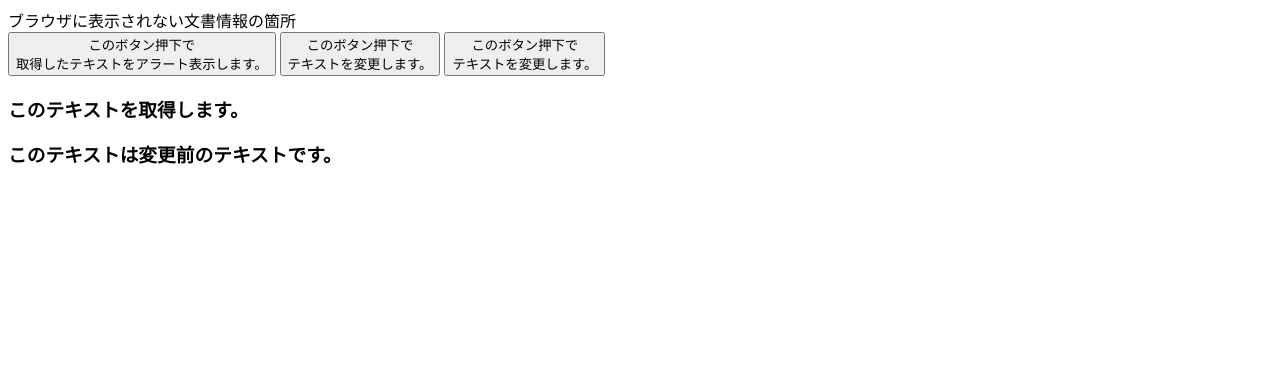
Repository: syokaturyou/potepan
Page: test/index7.html
The author's editor kept a record of every edit. The page is drawn from the files as they stood at one moment, then again after the next edit.
The browser window is 1280 px wide. The pictures show the whole page.

Above is the page before.
Console error: ReferenceError: $ is not defined

### test/index7.html
 <!DOCTYPE html>
     <html lang="ja">
      <head>
       <meta charset="UTF-8">
        <title></title>
        ブラウザに表示されない文書情報の箇所
      <script type="text/javascript" src="lesson.js" charset="utf-8"></script>
      <!--<script type="text/javascript" src="読み込むJavaScriptファイルまでのパス" charset="utf-8"></script>-->
      <!--<script src="ダウンロードしたjQueryファイルへの相対パス"></script>-->
      <!--<script src="jQueryファイルへの絶対パス"></script>-->
      <script src="min/jquery.min.js"></script>
      <!--<script src="https://code.jquery.com/jquery-3.6.0.min.js"></script>-->
      </head>

      <body>

    <div>
     <button class="buttonA">このボタン押下で<br>取得したテキストをアラート表示します。</button>
     <button class="buttonB">このボタン押下で<br>テキストを変更します。</button>
     <button class="buttonC">このボタン押下で<br>テキストを変更します。</button>
      <h3 class="target_textA">このテキストを取得します。</h3>
      <h3 class="target_textB">このテキストは変更前のテキストです。</h3>
    </div>

    <script type="text/javascript" src="lesson.js" charset="utf-8"></script>

    <script>

  </script>

      </body>
    </html>

### test/lesson.js
// let userName = "ポテパン太郎";// 変数を宣言する
// let userAge = 28; // 変数を宣言する

// console.log(userName);
// console.log(userAge);

// let message = "誕生日がきた！！"; // 新たに変数を宣言する
// userAge = 29; // 変数の中の値を変更する

// console.log(message);
// console.log(userAge);

// message = "おめでとう！！"; // 新たに変数の中身を変更する

// console.log(message);
// console.log(message);
// console.log(message);

// let name = "ポテパン太郎";
// console.log("こんにちは！" + name + "さん");
// console.log(name + "さんの注文履歴はこちらです");
// console.log(name + "さんにおすすめの商品はこちらです");

// let message = "こんにちは！";
// console.log(message + "ポテパン太郎さん");
// console.log(message + "佐藤javascriptさん");
// console.log(message + "html鈴木さん");


// let number1 = 100 + 200;
// let number2 = 400;
// let number3 = 600;

// let sumNumber = number2 + number3; //変数と変数も足すことができる

// console.log(number1);
// console.log(sumNumber);

// let text1 = "文章で" + "書かれています"; //文字どうし
// let text2 = "500" + "500"; //数字の文字どうし
// let text3 = 100 + "文字"; //数値と文字
// let text4 = text3 + "の" + text1; //変数を含めた足し算

// console.log(text1);
// console.log(text2);
// console.log(text3);
// console.log(text4);

// let number = 300 - 200;

// console.log(number);

// let number = 100 * 5;

// console.log(number);

// let number = 800 / 4;

// console.log(number);

// let number = 10 % 3;

// console.log(number);

// let number1 = 13 / 5; //答えは2.6となります。
// let number2 = 13 % 5; //答えは2あまり3となります。

// console.log(number1);
// console.log(number2);

// let message1 = "プログラミングは肩が凝る確率";
// let message2 = 80 + "%";

// console.log(message1);
// console.log(message2);

// let number1 = 300;
// number1 += 200; //ここで300を200に変更するのではなく200を足すということができる

// console.log(number1);

// let number2 = 500;
// number2 -= 100; //ここで500を100に変更するのではなく100で引くということができる

// console.log(number1);
// console.log(number2);


//数値型の100と文字列型の100は値とデータの型が同じですよねの意味
    // if ( 100 === "100" ) {
    //   console.log("式の結果はtrueです");
    // } else {
    //   console.log("式の結果はfalseです");
    // }

//   //数値型の100と文字列型の100は値とデータの型が同じではないですよね（間違っていますよね）の意味
//     if ( 100 !== "100" ) {
//       console.log("式の結果はtrueです");
//     } else {
//       console.log("式の結果はfalseです");
//     }

// let number = 100;

//     if (number > 200) {
//       console.log("numberは200より大きいです。");
//     } else if(number > 50) {
//       console.log("numberは50より大きいです。");
//     } else {
//       console.log("numberは50より小さいです。");
//     }


//   let number = 300;

//     if (number > 80) { //この式はtrueとなる
//       console.log("numberは80より大きいです。");
//     } else if (number > 50) { //判定結果はtrueとなるが、その前の条件分岐（if(number > 80)）で既に判定がtrueとなっているため、処理は実行されない
//       console.log("numberは50より大きいです。");
//     } else {
//       console.log("numberは50より小さいです。");
//     }

// let gender = "男";
//     let age = 20;

//     if (gender === "男") {
//       if (age >= 20) {
//         console.log("20歳以上の男性です");
//       }
//     }

//   let gender = "男";
//     let age = 20;

//     if (gender === "男") {
//       if (age >= 20) {
//         console.log("20歳以上の男性です");
//       }
//     }

    // let gender = "男";
    // let age = 20;

    // if (gender === "男" && age >= 20) {
    //   console.log("20歳以上の男性です");
    // }

//   let number1 = 100;
//     let number2 = "100";
//     let boolean_flag = false;

//     if (number1 > 100) {
//         number1 = 200;
//     } else if (number1 !== number2) {
//         boolean_flag = true;
//         number1 += 300;
//     } else {
//         boolean_flag = true;
//         number1 = 300;
//     }

//     if (number1 >= 400 && boolean_flag) {
//         console.log("出力結果A");
//     } else {
//         console.log("出力結果B");
//     }

//  for (let i = 0; i < 10; i++) { //i++はカウンタ変数に「1」を足す場合の特殊記法
//       console.log("この表示を10回出力したい"); //この箇所が繰り返し実行される
//     }

//   for (let i = 0; i < 10; i++) {
//       console.log("ただいまは" + i + "回目の処理です");
//       //文字列型と数値型（変数iには数値が代入されている）は全て文字列として結合されましたね。
//     }
//     console.log("処理が終了しました");

    //     for (let i = 0; i <= 20; i++) {
    //   if (i % 2 == 0){
    //     console.log(i);
    //   }
    // }

    // let output_count = 1; //カウンタ変数とは別に出力数をカウントする変数を用意
    // for (let i = 0; i <= 20; i++) {
    //   if (i % 2 == 0) {
    //     console.log(i);
    //     console.log("出力回数は" + output_count + "回目です"); //出力した数を確認する

    //     if (output_count >= 5) { //コンソールに５つ分出力してはじめてここの処理を通る
    //       console.log("処理を抜けます");
    //       break; //breakによってfor分の繰り返しを抜け、for分の外の処理に移る
    //     }

    //     output_count++; //出力回数が5になるまでカウントアップする
    //   }
    // }
    // console.log("処理が終了しました");


    // let i = 0;
    // while (i <= 20) {
    //   if (i % 2 == 0) {
    //     console.log(i);
    //   }
    //   i++;
    // }

    //   let i = 0;
    // while (i <= 20) {
    //   console.log("カウンタ変数が" + i + "のままで終わらない！");
    //   //while文の中にカウンタ変数がない！！
    // }

    // for (let i = 0; 0 < 10; i++){
    //   console.log("どうしてカウンタ変数が" + i　+ "に戻るの？");
    //   i--; //カウンタ変数を１引く
    // }

    //   function sumSelectNumber(number1, number2) {
    //   let resultSum = 0;
    //   resultSum = number1 + number2;
    //   return resultSum;
    // }

    //   function sumSelectNumber(number1, number2) {
    //   let resultSum = 0;
    //   resultSum = number1 + number2;
    //   return resultSum;
    // }
    // // console.log(resultSum);

    // //関数名とその引数に100と200を指定している
    // let result = sumSelectNumber(50, 600);
    // console.log(result);


    //   function sumSelectNumber(number1, number2) {
    //   let resultSum = 0;
    //   resultSum = number1 + number2;
    //   console.log("関数の処理が終了しました"); //この行を追加しました
    //   return resultSum;
    // }

    //   function sumSelectNumber() {
    //   console.log("関数の処理に入りました");
    //   console.log("この関数にはreturnがありません");
    //   console.log("関数の処理が終了しました");
    // }

    // sumSelectNumber(); //関数で引数がないため引数なしで呼び出しが可能

     function eventA() {
   alert("onclickイベントが発火しました");
 }

 function eventB() {
   alert("oninputイベントが発火しました");
 }

 function eventC() {
   alert("onmouseoutイベントが発火しました");
 }

 function eventD() {
   alert("onmouseoverイベントが発火しました");
 }

    //  $(document).ready(function(){
    //   ここにjQueryの処理を書く
    // });

    //  $(document).ready(function(){
    //   $(セレクタ).イベント(function() {
    //     $(セレクタ).行いたい処理など
    //   });
    // });


     $(document).ready(function(){
      $(".buttonA").click(function() {
      let get_text = $(".target_textA").text(); //テキストを取得し変数に入れています。
      alert(get_text); //テキストが取得できたかアラートで確認をします。
      });

      $(".buttonB").click(function() {
       $(".target_textB").text("文章が変更された！"); //テキストを変更する処理です。
      });

      $(".buttonC").click(function() {
       $(".target_textB").text("文章が変わったぞ！"); //テキストを変更する処理です。
     });
  });


   $(document).ready(function(){
   $("#boxA").mouseover(function() {
     $("#boxA").css("background-color", "red"); //背景色を赤に変更する処理です。
   });

   $("#boxB").mouseout(function() {
     $(this).css("background-color", "blue"); //背景色を青に変更する処理です。
   });

   $("#boxC").hover(
     function() {
       $(this).css("font-size", "30px"); //フォントサイズを30pxにします
     },
     function(){
       $(this).css("font-size", "8px"); //フォントサイズを14pxにします
     }
   );

   $(".boxD").mouseover(function() {
     $("#boxA,#boxB").css("background-color", "white"); //背景色を白に変更する処理です。
   });
 });


    //  $(セレクタ).addClass("追加するクラス名 追加するクラス名 ..."); //それぞれのクラス名は半角スペースを開けること
    // $(セレクタ).removeClass("取り除くクラス名 取り除くクラス名 ..."); //それぞれのクラス名は半角スペースを開けること



 $("h1").addClass("new_class"); //処理の部分のみ記載しています。


  $(document).ready(function(){
   $(".button_a").click(function() {
     $(".box_a").addClass("add_color_yellow"); //クラスの追加の処理です。
   });

   $(".button_b").click(function() {
     $(".box_a").removeClass("add_color_yellow"); //クラスの削除の処理です。
   });

   $(".button_c").click(function() {
     $(".box_b").addClass("add_hidden"); //display: none:のクラスを追加する処理です。
   });

   $(".button_d").click(function() {
     $(".box_b").removeClass("add_hidden"); //display: none:のクラスを削除する処理です。
   });
 });

Loaded but not shown: test/min/jquery.min.js (library)

After the next edit:
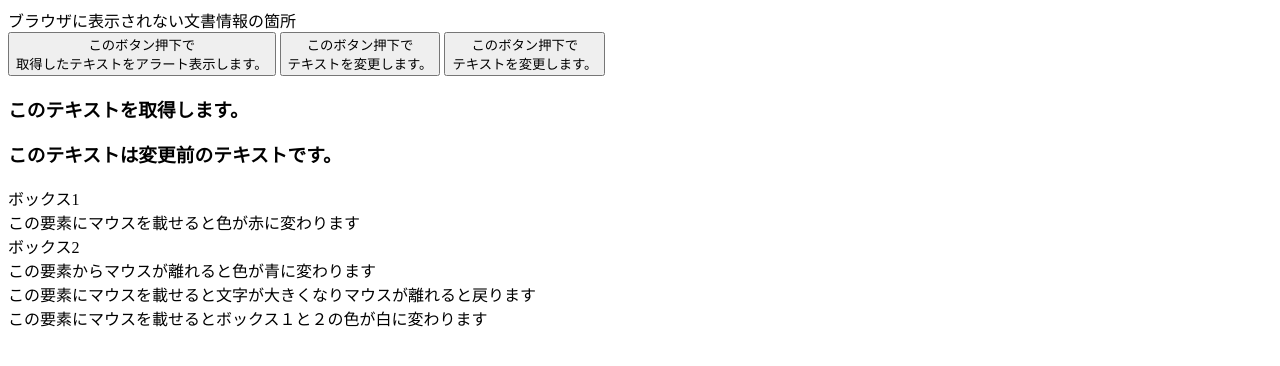
The edit:
--- a/test/index7.html
+++ b/test/index7.html
@@ -22,11 +22,15 @@
       <h3 class="target_textB">このテキストは変更前のテキストです。</h3>
     </div>
 
+
+     <div id="boxA">ボックス1<br>この要素にマウスを載せると色が赤に変わります</div>
+     <div id="boxB">ボックス2<br>この要素からマウスが離れると色が青に変わります</div>
+     <div id="boxC">この要素にマウスを載せると文字が大きくなりマウスが離れると戻ります</div>
+     <div class="boxD">この要素にマウスを載せるとボックス１と２の色が白に変わります</div>
+
     <script type="text/javascript" src="lesson.js" charset="utf-8"></script>
 
-    <script>
-
-  </script>
+    <script></script>
 
       </body>
     </html>
